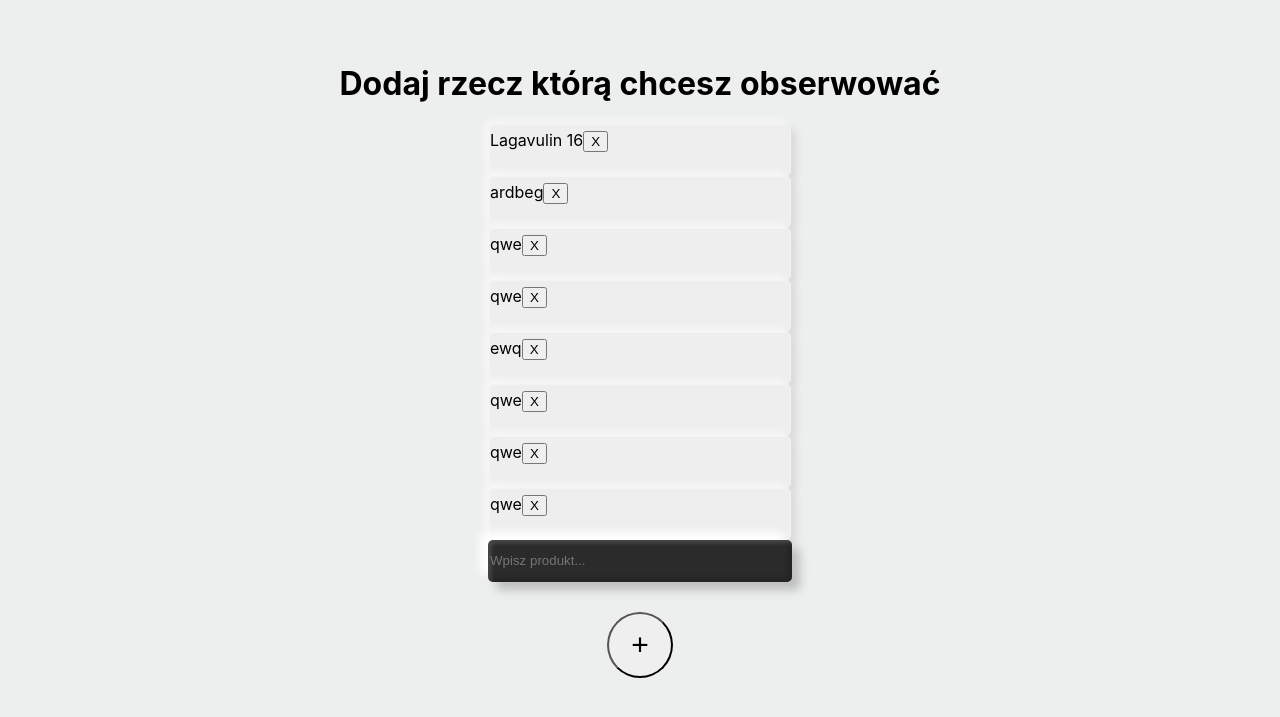
Repository: matedoo/crawler
Page: /MainApp
An editor plug-in stored every save of this project. The page is shown before and after the next save, followed by the edit.
The browser window is 1280 px wide. The pictures show the whole page.
The project was rebuilt for these pictures with package versions that can differ from the ones it lists, and the page was loaded fresh each time. Requests to the local data server were answered from the project's data file. Also part of the build but not shown: src/Components/button.js, src/Components/LoginComponents/LoginApp.js, src/Components/LoginComponents/RegisterApp.js, src/Components/btnContainer.js, src/Components/heading.js, src/Components/LoginComponents/StartApp.js.

Above is the page before, as saved 2020-05-01 18:19:10.

### public/index.html
<!DOCTYPE html>
<html lang="en">
  <head>
    <meta charset="utf-8" />
    <link rel="icon" href="%PUBLIC_URL%/favicon.ico" />
    <meta name="viewport" content="width=device-width, initial-scale=1" />
    <meta name="theme-color" content="#000000" />
    <meta
      name="description"
      content="Web site created using create-react-app"
    />
    <link rel="apple-touch-icon" href="%PUBLIC_URL%/logo192.png" />
    <!--
      manifest.json provides metadata used when your web app is installed on a
      user's mobile device or desktop. See https://developers.google.com/web/fundamentals/web-app-manifest/
    -->
    <link rel="manifest" href="%PUBLIC_URL%/manifest.json" />
    <!--
      Notice the use of %PUBLIC_URL% in the tags above.
      It will be replaced with the URL of the `public` folder during the build.
      Only files inside the `public` folder can be referenced from the HTML.

      Unlike "/favicon.ico" or "favicon.ico", "%PUBLIC_URL%/favicon.ico" will
      work correctly both with client-side routing and a non-root public URL.
      Learn how to configure a non-root public URL by running `npm run build`.
    -->
    <title>Racoon</title>
  </head>
  <body>
    <noscript>You need to enable JavaScript to run this app.</noscript>
    <div id="root"></div>

  </body>
</html>

### src/App.js
import React from 'react';
import LoginApp from './Components/LoginComponents/LoginApp'
import RegisterApp from './Components/LoginComponents/RegisterApp'
import StartApp from './Components/LoginComponents/StartApp'
import MainApp from './Components/MainApp/MainApp'
import {BrowserRouter as Router, Switch, Route} from 'react-router-dom'




class App extends React.Component {

  render(){
    return (
      <Router>
        <Switch>
          <Route path='/' exact component={StartApp}></Route>
          <Route path='/LoginApp' component={LoginApp}></Route>
          <Route path='/RegisterApp' component={RegisterApp}></Route>
          <Route path='/MainApp' component={MainApp}></Route>
        </Switch>
      </Router>
    );
  }
}



export default App;

### src/Components/MainApp/MainApp.js
import React, { useState, useEffect } from 'react';
import styled, {keyframes} from 'styled-components';
import MainAppElement from './MainAppElement'


//http://localhost:4000/items

function MainApp(props) {
  const [inputValue, setInputValue] = useState('')

  const [fetchedData, setFetchedData] = useState([])
  const [dataError, setDataError] = useState(null)
  const [inputError, setInputError] = useState('')
  const [isLoading, setIsLoading] = useState(true)

  useEffect(() => {
    const myFetch = async () => {
      setIsLoading(true)

      try {
        const response = await fetch(`http://localhost:4000/items`)
        const responseParsed = await response.json()

        setIsLoading(false)
        setFetchedData(responseParsed)

      } catch(dataError){
        setIsLoading(false)
        setDataError(dataError)
      }

    }
    myFetch()
  }, [])

  if(isLoading){
    return <LoadSpinner></LoadSpinner>
  }
  if(dataError){
    return <p>Error...</p>
  }

  const handleInputChange = (event) => {
    const { value } = event.target

    setInputValue(value)

  }
  const handleButtonClick = () => {

    if(!inputValue) return;
    if(fetchedData.some(el => el.title === inputValue)){
      setInputError('Ten przedmiot już jest na liście')
      return;
    }else{
      fetch('http://localhost:4000/items', {
        method: 'POST', // or 'PUT'
        headers: {
          'Content-Type': 'application/json',
        },
        body: JSON.stringify({
          title: inputValue
      }),
      })
      .then((response) => response.json())
      .then((data) => {

        setFetchedData([...fetchedData, data])
        setInputError('')
        setInputValue('')
        console.log('Success:', data);
      })
      .catch((error) => {
        console.error('Error:', error);
      });
    }


  }

  const handleElementRemove = (elID) => {
    fetch(`http://localhost:4000/items/${elID}`, {
        method: 'DELETE', // or 'PUT'
      })
      .then(() => {
        setFetchedData(fetchedData.filter(el => el.id !== elID))

      }).catch(err => {
       console.error(err)
      });

  }

    return (
      <LoginAppStyled>
        <h1>Dodaj rzecz którą chcesz obserwować</h1>
        {fetchedData.map((el, index) => (
          <MainAppElement
            key={index}
            value={el.id}
            element={el.title}
            handleCloseClick={handleElementRemove}
          />
        ))}
        <AddInput
          name='listelemt'
          placeholder='Wpisz produkt...'
          value={inputValue}
          onChange={handleInputChange}
        />
        <AddButton onClick={handleButtonClick}></AddButton>
        {!!inputError &&
        <p>{inputError}</p>
        }
      </LoginAppStyled>
    );

}

export default MainApp;

const loadingspin = keyframes`
  from {
    transform: rotate(0deg);
  }

  to {
    transform: rotate(360deg);
  }
`;
const LoadSpinner = styled.div`
  position: absolute;
  top: 50%;
  left: 49%;
  pointer-events: none;
	width: 2.5em;
	height: 2.5em;
	border: 0.4em solid transparent;
	border-color: #eee;
	border-top-color: #000;
	border-radius: 50%;
	animation: ${loadingspin} 1s linear infinite;
`
const AddInput = styled.input`
  width: 300px;
  height: 40px;
  border-radius: 5px;
  border: 0;
  color: #fff;
  box-shadow: -8px -8px 10px 0 #ffffff, 8px 8px 10px 0 rgba(80, 78, 78, 0.3), inset 3px 3px 4px 0 rgba(255, 255, 255, 0.15), inset -4px -4px 4px 0 rgba(17, 16, 16, 0.25);
  background-color: #2b2b2c;
`
const AddButton = styled.button`
  width: 66px;
  height: 66px;
  color: #000;
  border-radius: 50px;
  font-size: 30px;
  margin-top: 30px;
  &:before{
    position: relative;
    content:"+";
  }
`
const LoginAppStyled = styled.div`
   background-color: #edeeee;
   margin: 0;
   padding:0;
   height: 100vh;
   width: 100%;
   display: flex;
   align-items: center;
   justify-content: center;
   flex-direction: column;
`

### src/Components/MainApp/MainAppElement.js
import React from 'react';
import styled from 'styled-components';

function MainAppElement(props){
    const {value, element, handleCloseClick} = props;
    return(
        <ElementStyled value={value}>
            {element}
            <button onClick={ () => handleCloseClick(value)}>X</button>
        </ElementStyled>

    )
}

export default MainAppElement;

const ElementStyled = styled.div`
  width: 300px;
  height: 40px;
  padding-top: 5px;
  padding-bottom: 5px;
  border-radius: 5px;
  box-shadow: -5px -5px 7px 0 rgba(255, 255, 255, 0.5), 5px 5px 7px 0 rgba(194, 193, 192, 0.45);
  border: solid 1px rgba(255, 255, 255, 0.3);
  background-color: #efeeee;
`

### db.json
{
  "items": [
    {
      "title": "Lagavulin 16",
      "id": 1
    },
    {
      "title": "ardbeg",
      "id": 3
    },
    {
      "title": "qwe",
      "id": 4
    },
    {
      "title": "qwe",
      "id": 5
    },

    {
      "title": "ewq",
      "id": 11
    },
    {
      "title": "qwe",
      "id": 12
    },
    {
      "title": "qwe",
      "id": 13
    },
    {
      "title": "qwe",
      "id": 14
    }
  ]
}

Loaded but not shown: src/index.js (common file); src/styles/index.css (common file); src/serviceWorker.js (common file)

After the next save:
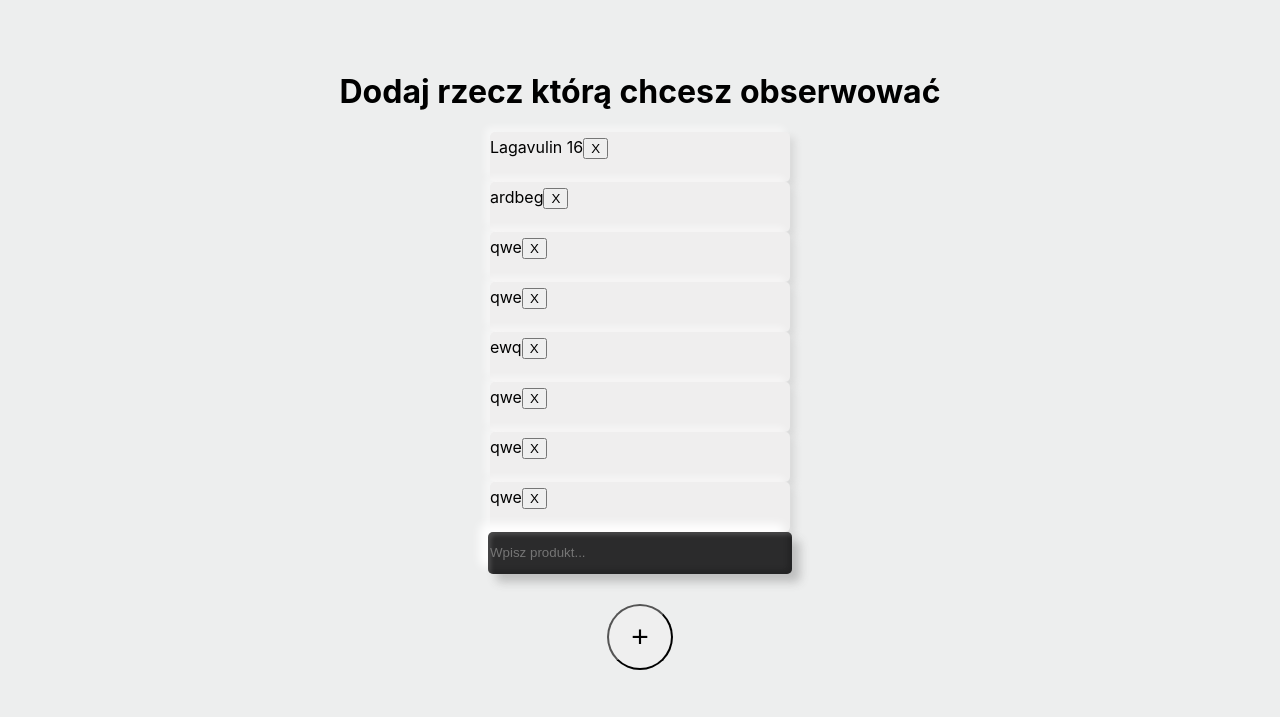
Saved 11 s later.
--- a/src/Components/MainApp/MainAppElement.js
+++ b/src/Components/MainApp/MainAppElement.js
@@ -21,6 +21,6 @@ const ElementStyled = styled.div`
   padding-bottom: 5px;
   border-radius: 5px;
   box-shadow: -5px -5px 7px 0 rgba(255, 255, 255, 0.5), 5px 5px 7px 0 rgba(194, 193, 192, 0.45);
-  border: solid 1px rgba(255, 255, 255, 0.3);
+  /* border: solid 1px rgba(255, 255, 255, 0.3); */
   background-color: #efeeee;
 `
